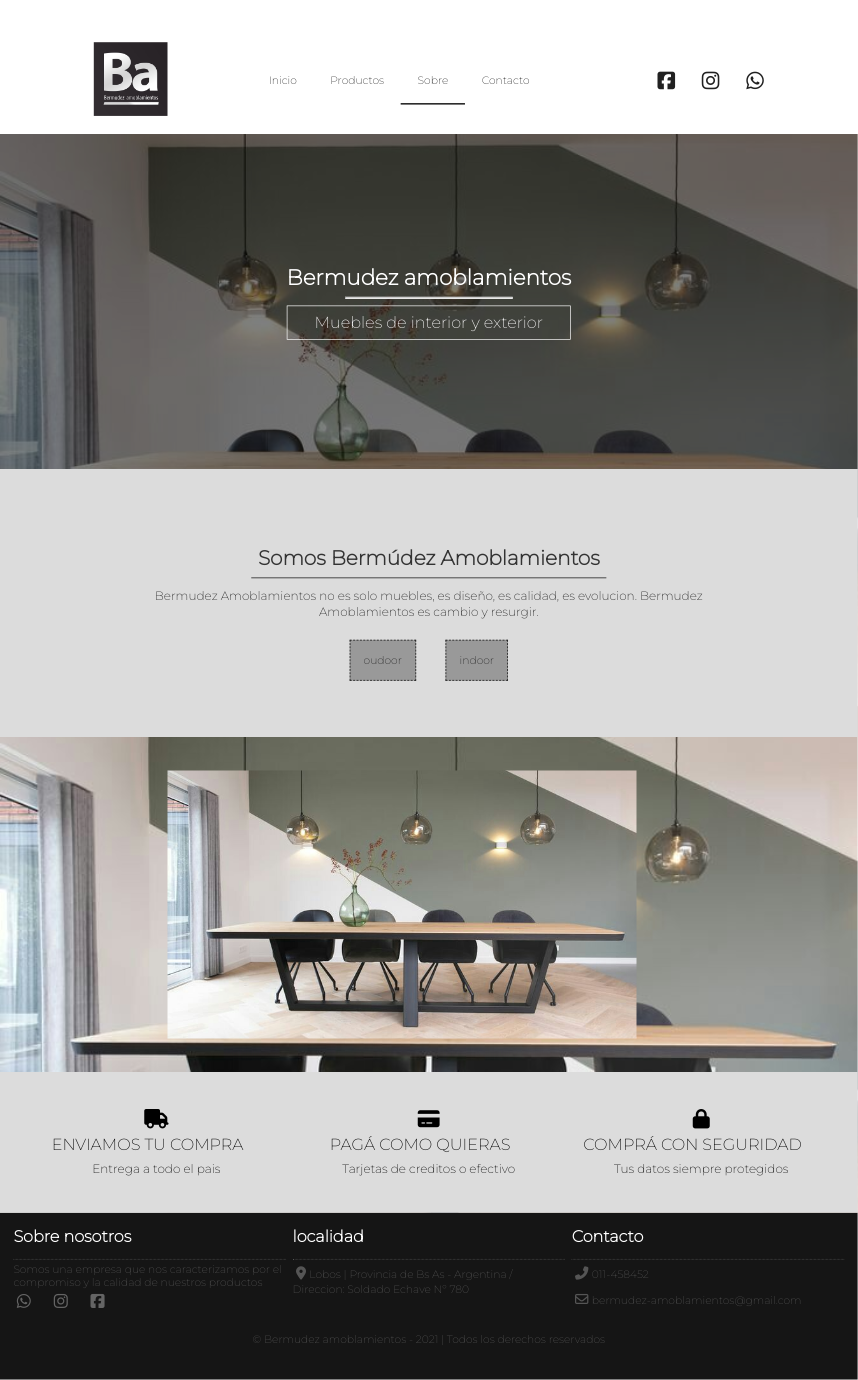
Repository: DamianBermudez94/Bermudez-amoblamientos
Page: index.html
These files come from the project's save history. The page is drawn as it stood at one moment and after the next save; the edit follows.
The browser window is 1280 px wide. The pictures show the whole page, at 67% of full size.
Backgrounds fixed to the window are drawn as part of the page. Some web libraries are served in a nearby version.

Above is the page before, as saved 2022-09-22 18:32:22.

### index.html
<!DOCTYPE html>
<html lang="es">
<head>
    <meta charset="UTF-8">
    <meta http-equiv="X-UA-Compatible" content="IE=edge">
    <meta name="viewport" content="width=device-width, initial-scale=1.0">

    <title>Bermudez-Amoblamientos</title>
    <link rel="shortcut icon" href="Imagenes/favicon (1).jpg" type="image/x-icon">
    <!--Estilos-->
    <link rel="preconnect" href="https://fonts.googleapis.com">
    <link rel="preconnect" href="https://fonts.gstatic.com" crossorigin>
    <link href="https://fonts.googleapis.com/css2?family=Montserrat:wght@200&display=swap" rel="stylesheet">
    <script src="https://kit.fontawesome.com/bdbed0aafa.js" crossorigin="anonymous"></script>
    <link rel="preconnect" href="https://fonts.gstatic.com">
    <link href="https://fonts.googleapis.com/css2?family=Roboto:ital,wght@0,300;0,400;1,100;1,300;1,700&display=swap" rel="stylesheet">
    <!--Componente del header-->
    <script defer src="./header/header.js"></script>
    <link rel="stylesheet" href="./header/header.css">

    <!--Componente del footer-->
    <script defer src="./footer/footer.js"></script>
    <link rel="stylesheet" href="./footer/footer.css">

    <script defer src="slider.js"></script>
    <!--Estilos del index-->
    <link rel="stylesheet" href="index.css">
    <script defer src="index.js"></script>

</head>
<body>
    <!--Ir arriba-->
    <div class="go-top">
        <span><i class="fas fa-chevron-up"></i> <a href="https://www.whatsapp.com"><i class="fab fa-whatsapp"></i></a></span>
    </div>
    <header class="header">

    </header>
    <main class="main" >
        <section class="welcome">
            <div class="welcome__container">
                <h1 class="welcome__title">Bermudez amoblamientos</h1>
                <hr class="linea-title">
                <p class="welcome__sub-title">Muebles de interior y exterior</p>

            </div>
        </section>


        <section class="sobre-nosotros">
            <div class="container-tip">
                <h2 class="title-somos-nosotros">Somos Bermúdez Amoblamientos</h2>

                <p class="title-parrafo">Bermudez Amoblamientos no es solo muebles, es diseño, es calidad, es evolucion. Bermudez Amoblamientos es cambio y resurgir.</p>
                <div class="enlaces">
                    <a class="btn-enlaces" href="oudoor.html">oudoor</a>
                    <a class="btn-enlaces" href="indoor.html">indoor</a>
                </div>
            </div>
        </section>
        <!--Seccion Productos-->

            <section class="section-slider">
                <div class="flexslider">
                    <div class="slider" id="slider">
                        <div class="slider-section">
                            <img class="slider-img" src="./indoor/img-indoor/imagenes-indoor/IMG-20210325-WA0018.jpg" alt="">
                            <!--<section class="flex-slider">
                              <h2 class="slider-title">Productos al 50%</h2>
                              <p class="slider-txt">Ofertas</p>
                              <a href="" class="slider__link">Comprar</a>
                            </section>-->
                        </div>
                        <div class="slider-section">
                            <img class="slider-img" src="./indoor/img-indoor/imagenes-indoor/IMG-20210325-WA0019.jpg" alt="">
                            <!--<section class="flex-slider">
                              <h2 class="slider-title">Productos al 50%</h2>
                              <p class="slider-txt">Ofertas</p>
                              <a href="" class="slider__link">Comprar</a>
                            </section>-->

                        </div>
                        <div class="slider-section" >
                            <img class="slider-img" src="./indoor/img-indoor/imagenes-indoor/IMG-20210325-WA0028.jpg" alt="">
                            <!--<section class="flex-slider">
                              <h2 class="slider-title">Productos al 50%</h2>
                              <p class="slider-txt">Ofertas</p>
                              <a href="" class="slider__link">Comprar</a>
                            </section>-->

                        </div>
                    </div>
                    <!--<span class="btn-slider slider_btn-right" id="btn-right"><i class="fas fa-chevron-right"></i></i></span>
                    <span class="btn-slider slider_btn-left" id="btn-left"><i class="fas fa-chevron-left"></i></span>-->
                </div>
            </section>
                <!--<div class="container-editor">
                    <div class="editor__item">
                        <img src="Imagenes/IMG-20210325-WA0014.jpg" alt="" class="editor-img">
                        <p class="editor-circle">Muebles de interior</p>
                    </div>
                    <div class="editor__item">
                        <img  src="Imagenes/IMG-20210325-WA0026.jpg" alt="" class="editor-img">
                        <p class="editor-circle">Muebles de exterior</p>
                    </div>
                </div>-->
            <!--Seccion tips de compras -->
            <section class="container-tips">
                <div class="tip">
                    <i class="tip-icon fas fa-truck"></i>
                    <h2 class="tip-title">ENVIAMOS TU COMPRA</h2>
                    <p class="parrafo-tips">Entrega a todo el pais</p>

                   <!-- <a href="" class="btn-tip">Comprar</a>
                  <a href="" class="btn-tip">comprar</a>
                  <a href=""class="btn-tip">Comprar</a>-->
                </div>
                <div class="tip">
                    <i class="fas fa-credit-card"></i>
                    <h2 class="tip-title">PAGÁ COMO QUIERAS</h2>
                    <p class="parrafo-tips">Tarjetas de creditos o efectivo</p>

                </div>
                <div class="tip">
                    <i class="fas fa-lock"></i>
                    <h2 class="tip-title">COMPRÁ CON SEGURIDAD</h2>
                  <p class="parrafo-tips">Tus datos siempre protegidos</p>
                </div>

            </section>

    </main>
    <!--Footer-->

    <footer class="footer">

    </footer>
</body>
</html>

### header/header.css
/** Estilos del header **/

.header {
 background-color: #fff;

}

.main-header .container {
  position: fixed;
  top: 0;
  left: 0;
  width: 100%;
  height: 30%;
  display: flex;
  align-items: center;
  justify-content: space-between;
  background: #fff;
  z-index: 9999999999;
  padding: 50px;
}

.main-header__container {
  width: 100%;
  display: flex;
  justify-content:space-between;
  padding: 50px;
}
.redes-sociales {
  color: #212121;
  font-size: 35px;
  margin: 5px;
}

.redes-sociales:hover {
  color: #154f66;
}

.main-header__container-redes {
  display: none;
}

.title-img {
  object-fit: cover;
  width: 100px;
  height: 100px;

}
.img_title {
  position: relative;
  top: 0;
  left: 10px;
}

/** Estilos del Menu **/
.main-nav {
  opacity: 0;
  visibility: hidden;
  transition: all 0.5s;
  z-index: 9999999;
}
.mostrar {
  opacity: 1;
  visibility: visible;
}

.menu {
  position: absolute;
  top: 120px;
  left: 0;
  background: #212121;
  width: 100%;
  list-style: none;
  margin: 0;
  padding: 0;
}
.menu__items {
  margin: auto;
}

.menu-link {
  padding: 25px;
  border-bottom: 1px solid #646464;
  color: #fff;
  text-decoration: none;
  display: block;
}
.menu-link:hover {
  background: #000;
  color: #fff;
}

.sub-menu {
  display: none;
}

.sub-link {
  padding-left: 45px;
  border-bottom: 1px solid #646464;
  text-decoration: none;
  color: #fff;
  display: block;
  font-weight: 300;
  font-size: 16px;
}
.sub-link:hover {
  background: #000;
  color: #fff;
  width: 100%;
}
.sub-items .sub-link {
  list-style: none;
  margin: 0 10px;
  padding: 25px 0;
  padding-left: 48px;
}

.main-header__btn {
  border: 1px solid #000;
  display: block;
  padding: 10px 30px;
  color: #000;
  margin: 10px 0;
  text-decoration: none;
}
.btn-menu{
  position: relative;
  top: 35px;
  left: 95px;
  cursor: pointer;
  transition: all 0.5s ease-in-out ;
}
.menu-btn_burger{
  width: 30px;
  height: 3px;
  position: relative;
  top: 35px;
  left: 20px;
  border-radius: 5px;
  background-color: #000;
  transition: all 0.5s ease-in-out;
}
.menu-btn_burger::before,
.menu-btn_burger::after{
 content: "";
 position: absolute;
 top:0;
 left: 0;
 width: 30px;
 height: 3px;
 background-color: #000;
 border-radius: 5px;
 transition: all 0.5s ease-in-out;
}
.menu-btn_burger::before{
  transform: translateY(-16px);
}
.menu-btn_burger::after{
  transform: translateY(16px);
}
.btn-menu.open .menu-btn_burger {
  transform: translateX(-50px);
  background-color: transparent;
}
.btn-menu.open .menu-btn_burger::before {
  transform: rotate(45deg) translate(35px, -35px);
}
.btn-menu.open .menu-btn_burger::after {
  transform: rotate(-45deg) translate(35px, 35px);
}
@media (min-width: 760px) {
  .header {
    height: 200px;
    justify-content: space-between;

  }

  .main-header__container{
    height: 200px;
    padding: 50px;
  }
  .main-header__container-redes{
    display: flex;
    justify-content: space-between;
    align-items: center;
    padding: 20px;
  }
  .redes-sociales {
    color: #212121;
    font-size: 25px;
    margin: 10px;
    position: relative;
    top: 0;
    left: 0;
    display: block;
  }
  .img_title {
   top: 30px;
  }

  .menu {
    top: 180px;
  }
  .title-somos-nosotros {
    font-size: 28px;
    text-align: center;
    padding: 10px;
  }
}


@media (min-width: 960px) {

  .main-header__container {
    display: flex;
    align-items: center;
    justify-content: space-between;
    padding: 120px;


  }

  .main-nav {
    visibility: visible;
    opacity: 1;
    width: 100%;
    right: 25px;
    margin: 0;
    padding: 15px;
  }
  .main-header-link {
    color: #333;
    border-bottom: none;
  }
  .main-header__container .main-nav .menu li a.active {
    border-bottom: 2px solid #000;
  }

  .menu {
    position: static;
    width: 100%;
    display: flex;
    align-items: center;
    justify-content: center;
    background: none;
  }

  .menu__items {
    padding: 0;
    margin: 0;
    display: flex;
  }
  .menu-link {
    color: #212121;
    border-bottom: none;
  }
  .menu-link:hover {
    color: #f7f7f7;
  }

  .main-nav .menu .sub-menu {
    display: none;
    transition: all 0.5s;
  }
  .main-nav .menu .menu__items {
    display: flex;
    justify-content: space-between;
    align-items: center;
  }

  .menu .menu__items:hover .sub-menu {
    display: block;
    position: absolute;
    top: 120px;
    left: 485px;
    width: 300px;
  }

  .sub-link {
    position: relative;
    top: 15px;
    left: 15px;
    width: 300px;
    text-decoration: none;
    color: #151515;
    background: #f7f7f7;
    font-size: 16px;
    transition: all 0.5s;
  }
  .sub-link:hover {
    max-width: 300px;
    color: #fff;
    background: #151515;
  }
  .sub-items {
    list-style: none;
  }

  .title-img {
    object-fit: cover;
    font-size: 24px;
    width: 150px;
    height: 150px;
    padding: 20px;
    margin: 0;
  }
  .img_title {
    position: initial;
  }

  .main-header__container-redes {
    padding: 20px;
  }
  .redes-sociales {
    position: relative;
    top: 0;
    left: 20px;
    margin: 15px;
    padding: 5px;
    font-size: 30px;
    display: block;
  }
  .btn-menu {
    display: none;
  }
}

### footer/footer.css
/** Estilos Del footer **/

.footer {

  padding: 20px;
  background: #151515;
  color: #fff;
}
.redes-footer {
  padding: 15px;
  position: relative;
  top: 0;
  left: -10px;
  font-size: 1.5em;
  color: #646464;
  margin: 0;
  transition: all 0.5s;
}
.redes-footer:hover {
  color: #fff;
}
.footer-txt {
  color: #555;
  padding: 5px 0;
}
.footer-link {
  color: #555;
  text-decoration: none;
  display: block;
  padding: 10px 0;
}

.title-footer {
  border-bottom: 1px dotted #555;
  padding-bottom: 20px;
}
.redes {
  font-size: 20px;
  margin: 5px;
}
.container-copy{
  text-align: center;
  padding: 10px;
}
.copy {
  color: #555;
  margin: 10px 0;
  padding: 10px;
}
@media screen and (min-width:720px) {
  .container-footer {

    display: grid;
    grid-template-columns: repeat(3, 1fr);
    gap: 10px;

  }

}

### index.css
* {
  padding: 0;
  margin: 0;
  box-sizing: border-box;
  font-family: 'Montserrat', sans-serif;
}

/** Go top **/
.go-top {
  position: fixed;
  bottom: 0px;
  right: -100%;
  width: 50px;
  height: 50px;

  background: #fff;
  z-index: 9999;
  display: flex;
  justify-content: center;
  align-items: center;
  cursor: pointer;
  transition: 500ms;
}
.go-top:hover {
  border: 2px solid #fff;
  border-radius: 50%;
  background: rgb(71, 71, 71);
}
.go-top:hover span {
  color: #fff;
}
.go-top > span {
  font-size: 25px;
  color: #000;
}
main{
  background: url("./indoor/img-indoor/imagenes-indoor/IMG-20210325-WA0018.jpg");
  background-attachment: fixed;
  background-position:center;
  background-size:cover;
}

/** Diseño del Welcome**/

.welcome {
  width: 100%;
  height: 500px;
  background-color: rgba(0, 0, 0, 0.5);
  display: flex;
  align-items: center;
  justify-content: center;
  flex-direction: column;
}

.welcome__title {
  font-size: 32px;
  color: #fff;
  font-weight: 700;
  text-align: center;
  margin: 10px;
}

.welcome hr {
  width: 250px;
  margin: auto;
  height: 3px;
  background: #fff;
}
.welcome__sub-title {
  font-size: 24px;
  margin: 10px;
  color: #fff;
  border: 1px solid #fff;
  padding: 10px;

  text-align: center;
}

/** Fin del style**/

/********* Seccion sobre nosotros ****/
.sobre-nosotros{
  width: 100%;
  height: 400px;
}
.container-tip {
  display: flex;
  justify-content: center;
  align-items: center;
  flex-direction: column;
  height: 100%;
  margin: 0;
  padding:10px;
  background-color: #dcdcdc;
}
.title-somos-nosotros {

  font-size: 24px;
  font-weight: bold;
  text-align: center;
  color: #333;
  border-bottom: 1px solid #000;
}

.title-parrafo {
 width: 70%;
  text-align: center;
  font-weight: 400;
  font-size: 18px;
  margin-top: 15px;
  line-height: 24px;
  color: #151515;
}
.enlaces {
  margin-top: 50px;
}
.btn-enlaces {
  width: 100%;
  padding: 20px;
  margin:20px;
  text-decoration: none;
  border: 1px dashed #000;
  transition: all 0.5s;
  cursor: pointer;
  color: #212121;
  background: #999999;
}
.btn-enlaces:hover {
  background: #212121;
  color: #fff;
}


/*****Diseño del slider****/

.flexslider {
  width: 100%;
  height: 500px;
  position: relative;
  overflow: hidden;

}
.slider {
  display: flex;
  width: 300%;
  height: 300px;
  margin-left: -100%;
  position: relative;
}


.slider-section {
  position: relative;
  top: 50px;
  width: 100%;
  display: flex;
  justify-content: center;
  align-items: center;

}

.slider-img {
  position: absolute;
  top: 0;
  width: 300px;
  height: 400px;
  object-fit: cover;

}



/** Seccion tips informaticos **/

.container-tips {
  height: 500px;
  padding: 30px;
  text-align: center;
  background-color: #dcdcdc;
}
.tip-title {
  font-size: 16px;
  font-weight: 300;
}

.tip i {
  font-size: 24px;
  padding: 20px 0;
}
.parrafo-tips {
  font-size: 14px;
  text-align: center;
  font-weight: 300;
  margin-top: 8px;
}

/** Estilo responsive para tablet **/

@media screen and (min-width: 768px) {

  .slider-img {
    width: 600px;
    height: 400px;
    object-fit: cover;

  }
  .container-tips {
    display: grid;
    grid-template-columns: repeat(3, 1fr);
  }
  .tip-icon {
    font-size: 29px;
  }
  .tip-title {
    font-size: 24px;
    font-weight: 700;
  }
  .parrafo-tips {
    font-size: 18px;
  }
  .title-somos-nosotros{
    font-size: 30px;
  }
}

@media (min-width: 1024px) {
  /**header **/
  .header-img {
    display: flex;
    justify-content: center;
    align-items: center;
    margin: 0 auto;
  }
  .header-img .welcome h1 {
    font-size: 50px;
    color: #fff;
    font-weight: 700;

    margin-bottom: 35px;
  }
  .header-img .welcome .linea-title {
    width: 400px;
    height: 5px;
    background: #fff;
    border: none;
    margin-top: -15px;
    text-align: center;
  }
  .header-img .welcome p {
    width: 500px;
    font-size: 30px;
    font-weight: 200;
    color: #fff;
    border: 3px solid #fff;
    padding: 10px;
    margin-top: 30px;
  }

  /** Fin del header **/


  /**** Seccion slider ****/

  .slider-img {
    width: 600px;
    height: 400px;


  }



  /***** Seccion Tips **/
  .container-tips {
    width: 100%;
    height: 100%;
    position: relative;
  }

  .tip-title {
    padding-right: 26px;
    font-weight: 400;
  }
  .tip {
    padding: auto;
    margin: 15px auto;
  }
  .tip i {
    font-size: 29px;
    text-align: center;
    padding: 10px 10px;
  }
  .parrafo-tips {
    font-size: 18px;
    margin: 10px auto;
  }
}
@media screen and (min-width: 1280px) {
  .main-header {
    position: relative;
    width: 100%;
  }
  .main-header .container {
    position: absolute;
    top: 0;
    left: 0;
    width: 100%;
    height: 30%;
    background: #fff;
    display: flex;
    justify-content: space-between;
    align-items: center;
    z-index: 9999999999;
  }
  .container {
    width: 1000px;
    margin: auto;
  }
  .main-header__container:nth-child(3) {
    padding-left: 50px;
  }


  .slider-img {
    width: 700px;
    height: 400px;

  }
}
@media screen and (min-width: 1600px) {
  .main-header {
    position: relative;
    width: 100%;
  }
  .main-header .container {
    position: fixed;
    top: 0;
    left: 0;
    width: 100%;
    height: 30%;
    background: #fff;
    display: flex;
    justify-content: space-between;
    align-items: center;
    z-index: 9999;
  }
  .container {
    width: 1400px;
    margin: auto;
  }
  .main-header__container:nth-child(3) {
    padding-left: 100px;
  }
}

### footer/footer.js
function footerComponet(el) {
  const footerEl = document.createElement("div");
  footerEl.innerHTML = `  <div class="container-footer">
    <div class="footer-section">
        <h2 class="title-footer">Sobre nosotros</h2>
        <p class="footer-txt">Somos una empresa que nos caracterizamos por el compromiso y la calidad de nuestros productos</p>
        <a href="" class="redes-footer"><i class="fab fa-whatsapp"></i></a>
        <a href="" class="redes-footer"><i class="fab fa-instagram"></i></a>
        <a href="" class="redes-footer"><i class="fab fa-facebook-square"></i></a>
    </div>

    <div class="footer-section">
      <h2 class="title-footer">localidad</h2>
      <p class="footer-txt"><i class="fas fa-map-marker-alt redes"></i>Lobos | Provincia de Bs As - Argentina / Direccion: Soldado Echave Nº 780</p>

    </div>
    <div class="footer-section">
      <h2 class="title-footer">Contacto</h2>
      <p class="footer-txt"><i class="fas fa-phone-alt redes"></i>011-458452</p>
      <p class="footer-txt"><i class="far fa-envelope redes"></i>bermudez-amoblamientos@gmail.com</p>
    </div>



  </div>
  <div class="container-copy">
    <p class="copy">&copy; Bermudez amoblamientos - 2021 | Todos los derechos reservados </p>
  </div>
  `;

  el.appendChild(footerEl);
  console.log("sadasdasd", footerEl);
}

### slider.js
// Animacion slider

const slider = document.querySelector("#slider");
let sliderSection = document.querySelectorAll(".slider-section");
let sliderSectionLast = sliderSection[sliderSection.length - 1];

slider.insertAdjacentElement("afterbegin", sliderSectionLast);

function nextRight() {
  let sliderSectionFirts = document.querySelectorAll(".slider-section")[0];

  slider.style.marginLeft = "-200%";
  slider.style.transition = "0.8s ease-in-out";

  setTimeout(function () {
    slider.style.transition = "none";
    slider.insertAdjacentElement("beforeend", sliderSectionFirts);
    slider.style.marginLeft = "-100%";
  }, 1200);
}
function Prev() {
  let sliderSection = document.querySelectorAll(".slider-section");
  let sliderSectionLast = sliderSection[sliderSection.length - 1];
  slider.style.marginLeft = "0";

  setTimeout(function () {
    slider.style.transition = "none";
    slider.insertAdjacentElement("afterbegin", sliderSectionLast);
    slider.style.marginLeft = "-100%";
  }, 1200);
}

/*btnLeft.addEventListener("click", function () {
  Prev();
});
const btnRight = document.querySelector("#btn-right");
const btnLeft = document.querySelector("#btn-left");

btnRight.addEventListener("click", function () {
  nextRight();
});*/

setInterval(function () {
  nextRight();
}, 5000);

### index.js
function main() {
  headertComponet(document.querySelector(".header"));
  footerComponet(document.querySelector(".footer"));

  menu();
}
main();

Loaded but not shown: header/header.js (89 lines, source omitted)

After the next save:
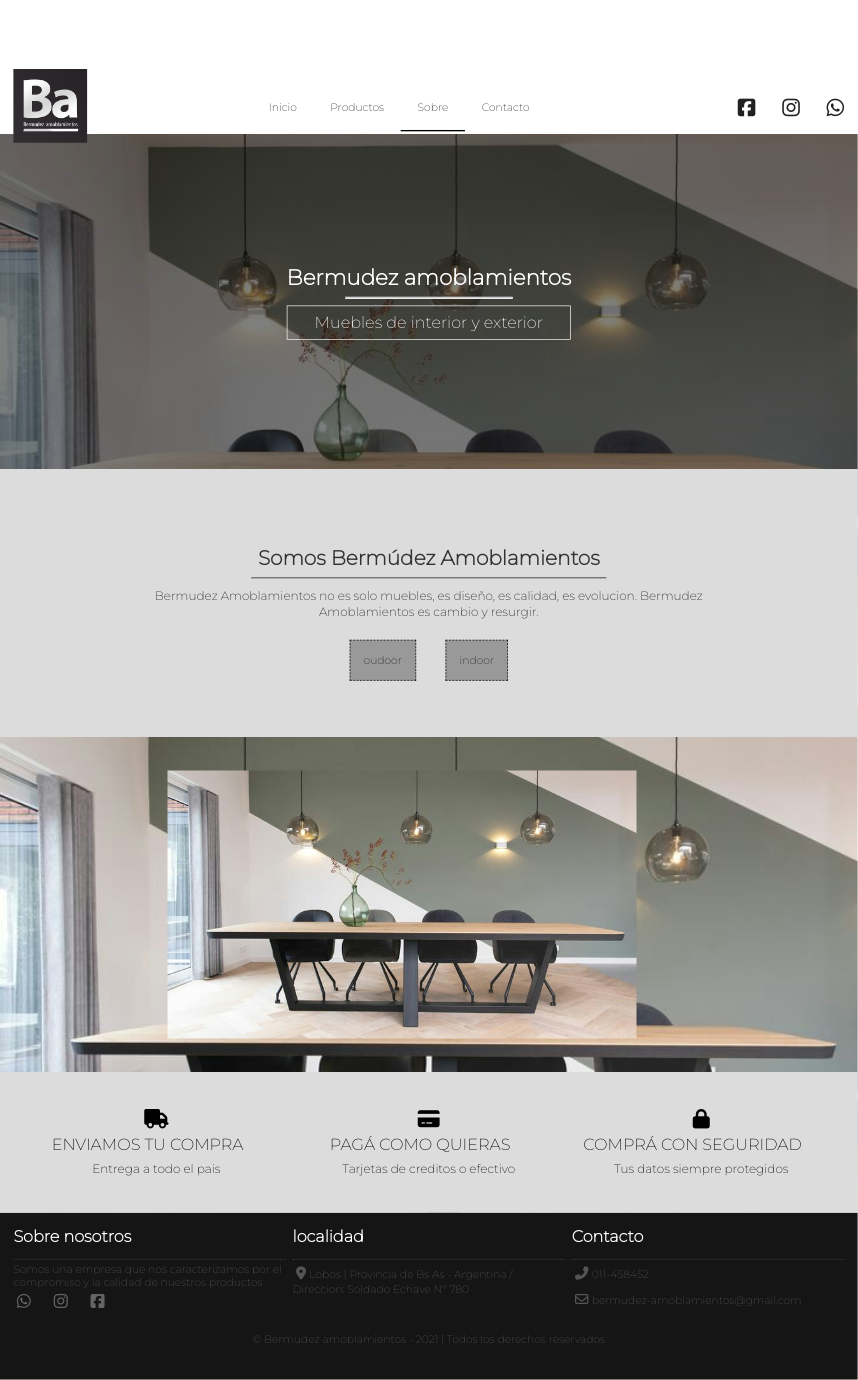
Saved 21 s later.
--- a/header/header.css
+++ b/header/header.css
@@ -214,7 +214,7 @@
     display: flex;
     align-items: center;
     justify-content: space-between;
-    padding: 120px;
+    padding: 120px 0 0 0;
 
 
   }
